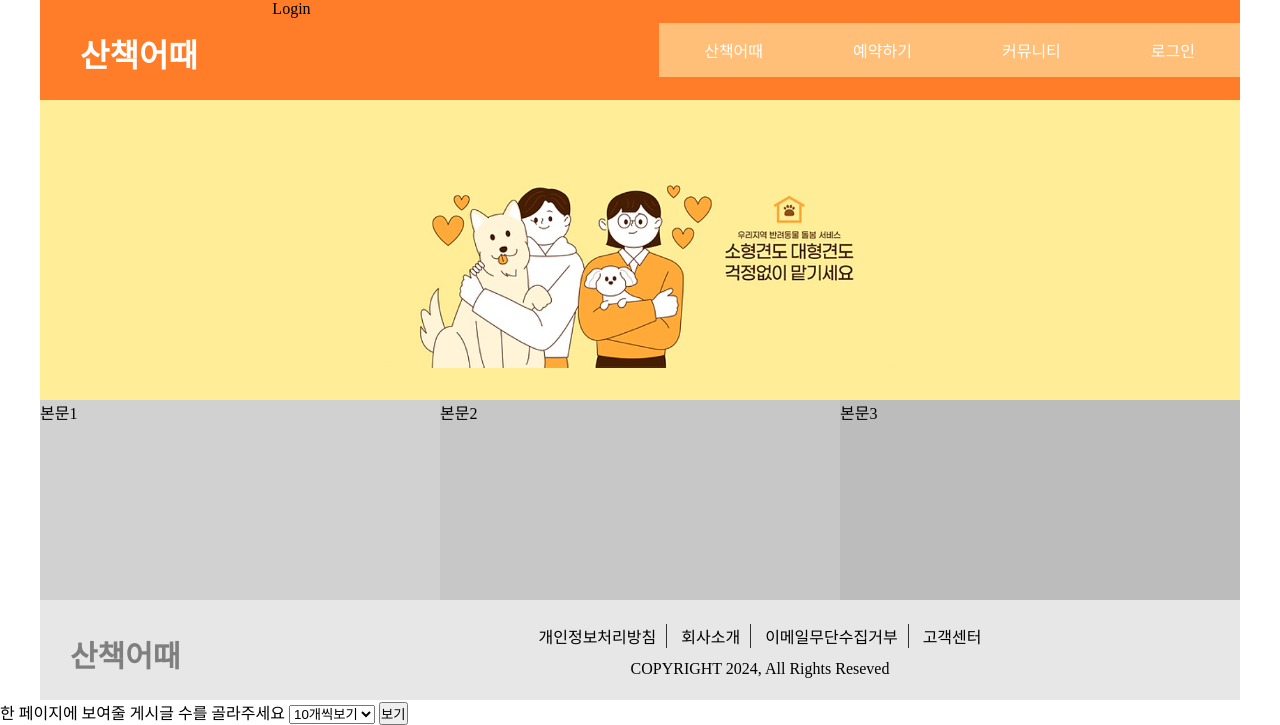
Repository: to-flatwhite1/portfolio
Page: http://localhost/JSP/
An editor plug-in stored every save of this project. The page is shown before and after the next save, followed by the edit.
The browser window is 1280 px wide. The pictures show the whole page.
The page is served by Tomcat 9. Other server files are loaded and not shown.

Above is the page before, as saved 2024-07-08 06:13:46.

### JSP/src/main/webapp/index.jsp
<%@ page language="java" contentType="text/html; charset=utf-8"
    pageEncoding="utf-8"%>
<!DOCTYPE html>
	<html>
	<head>
		<meta charset="utf-8">
		<title>산책어때</title>
		<link href="index.css" rel="stylesheet" type="text/css">
		<script src="jquery.min.js"></script>
		<script src="script.js"></script>
	</head>
	<body>
    <div id="wrap">
        <header id="header">
            <h1 class="logo">
                <a href="#">산책어때</a>
            </h1>
            <a href="login.jsp">Login</a>
            <nav class="nav">
                <ul>
                    <li><a href="#">산책어때</a>
                        <ul class="submenu">
                            <li><a href="introduce.jsp">산책어때 소개</a></li>
                        </ul>
                    </li>
                    <li><a href="#">예약하기</a>
                        <ul class="submenu">
                            <li><a href="#">산책하고싶은 강아지</a></li>
                            <li><a href="#">산책을 시키고 싶은 지원자</a></li>
                        </ul>
                    </li>
                    <li><a href="#">커뮤니티</a>
                        <ul class="submenu">
                            <li><a href="#">리뷰</a></li>
                            <li><a href="board.jsp">자유게시판</a></li>
                        </ul>
                     </li>
                    <li><a href="#">로그인</a>
                        <ul class="submenu">
                        	<li><a href="login.jsp">로그인</a></li>
                            <li><a href="register.jsp">회원가입</a></li>
                            <li><a href="mypage.jsp">마이페이지</a></li>
                        </ul>
                    </li>
                </ul>
            </nav>
        </header>
        <!-- header 끝 -->
		<div id="slide">
			<div class="slide_list">
				<ul>
					<li class="s1"><a href="#"></a></li>
					<li class="s2"><a href="#"></a></li>
				</ul>
			</div>
		</div>
        <div id="contents">
			<div class="content1">본문1</div>
			<div class="content2">본문2</div>
            <div class="content3">본문3</div>
        </div>
        <footer id="footer">
            <div class="footer1">
                <h4>산책어때</h4>
            </div>
            <div class="footer2">
                <div class="footer2-1">
                    <ul>
                        <li><a href="#">개인정보처리방침</a></li>
                        <li><a href="#">회사소개</a></li>
                        <li><a href="#">이메일무단수집거부</a></li>
                        <li><a href="#">고객센터</a></li>
                    </ul>
                </div>
                <div class="footer2-2">
                    COPYRIGHT 2024, All Rights Reseved
                </div>
            </div>
        </footer>
    </div>
    <!-- currentPage : 현재 보고있는 페이지번호 -->
		<!-- recordsPerPage : 한페이지 당 보여줄 게시글 수 -->
		<!-- limit n1, n2 -->
		<!-- 다음번에 시작되는 자료의 번호는 n1+n2+1 -->
		<!-- P1 : 1~10  (n1=0, n2=10)-->
		<!-- P2 : 11~20 (n1=10, n2=10)-->
		<!-- P3 : 21~30 (n1=20, n2=10)-->
		<form action="ReadPage" method="get">
			<input type="hidden" name="currentPage" value="1">
			한 페이지에 보여줄 게시글 수를 골라주세요
			<select name="recordsPerPage">
				<option value="5">5개씩보기</option>
				<option value="10" selected>10개씩보기</option>
				<option value="15">15개씩보기</option>
			</select>
			<input type="submit" value="보기">
		</form>
	</body>

</html>

### JSP/src/main/webapp/index.css
@charset "utf-8";
* {
    margin: 0;
    padding: 0;
    text-decoration: none;
}
a {
    text-decoration: none;
   	color: inherit;
}
a:visited { text-decoration: none; }
/*a:hover { text-decoration: none; }
a:focus { text-decoration: none; }
a:hover, a:active { text-decoration: none; }*/

a:link{

}

li {
    list-style: none;
}

/* wrap */
#wrap {
    width: 1200px;
    margin: 0 auto;
    position: relative;
}

/* header */
#header {
    width: 100%;
    display: flex;
    background-color: #FF7D29;
}
#header .logo {
    width: 20%;
    color: white;
    height: 100px;
}
#header .logo a {
    display: inline-block;

    padding: 30px 40px;
}
.nav {
    width: 80%;
    height: 100px;
    position: relative;
    z-index: 1000;
}
#header .nav > ul {
    display: flex;
    justify-content: right;
    align-items: center;
    height: 100%;
}
#header .nav > ul > li {
    position: relative;
}
#header .nav > ul > li > a {
    color: #fff;
    padding: 15px 45px;
    background-color: #FFBF78;	/*메뉴색*/
    display: block;
}
#header .nav > ul > li > a:hover {
    background-color: #FFDCA9;;
}
#header .nav > ul > li > ul {
    position: absolute;
    left: 0;
    background-color: #fff;
    width: 100%;
    text-align: center;
    display: none;
}
#header .nav > ul > li > ul > li > a {
    padding: 10px 20px;
    display: block;
}
#header .nav > ul > li > ul > li > a:hover {
    background-color: #FFBF78	;
}

.slide_list{height: 300px; background-color: #fc9; position: relative;overflow: hidden;}
.slide_list ul{position: absolute; top:0; left:0; height: 900px;}
.slide_list ul li{position:relative; width:1200px; height: 300px;}
.slide_list ul li a{ display: block; height: 100%;}
.s1{
	background: url(images/main.png) no-repeat center;
}
.s2{
	background: url(images/main2.png) no-repeat center;
}
#contents {
    width: 100%;
    display: flex;
}
#contents .content1 {
    width: 33.3333%;
    height: 200px;
    background-color: #d1d1d1;
}
#contents .content2 {
    width: 33.3333%;
    height: 200px;
    background-color: #c7c7c7;
}
#contents .content3 {
    width: 33.3333%;
    height: 200px;
    background-color: #bcbcbc;
}

#footer {
    width: 100%;
    display: flex;
    background-color: #e7e7e7;
}
#footer .footer1 {
    width: 20%;
    height: 100px;
}
#footer .footer1 h4 {
    font-size: 30px;
    color: #7f7f7f;
    padding: 32px 30px;
}
#footer .footer2 {
    width: 80%;
}
#footer .footer2 .footer2-1 {
    width: 100%;
    height: 50px;
    text-align: center;
}
#footer .footer2 .footer2-1 ul {
    padding-top: 24px;
}
#footer .footer2 .footer2-1 li {
    display: inline-block;
    border-right: 1px solid #333;
}
#footer .footer2 .footer2-1 li:last-child {
    border: 0;
}
#footer .footer2 .footer2-1 li a {
    padding: 10px;
}
#footer .footer2 .footer2-1 li a:hover {
    text-decoration: underline;
}
#footer .footer2 .footer2-2 {
    width: 100%;
    height: 50px;
    text-align: center;
    padding-top: 10px;
    box-sizing: border-box;
}

/* contents : banner */

### JSP/src/main/webapp/script.js
$(function(){


        // 메뉴 : 하나씩 나오기
        $(".nav > ul > li").mouseover(function(){
            $(this).find(".submenu").stop().slideDown(200);
        });
        $(".nav > ul > li").mouseout(function(){
            $(this).find(".submenu").stop().slideUp(200);
        });

       function slide(){
		   $(".slide_list ul").animate({top:-300},1000,function(){
			   $(".slide_list ul").append($(".slide_list ul li").first());
			   $(".slide_list ul").css({top:0});
		   });
	   }
	   setInterval(slide,3000);

    });

Loaded but not shown: JSP/src/main/webapp/jquery.min.js (library)

After the next save:
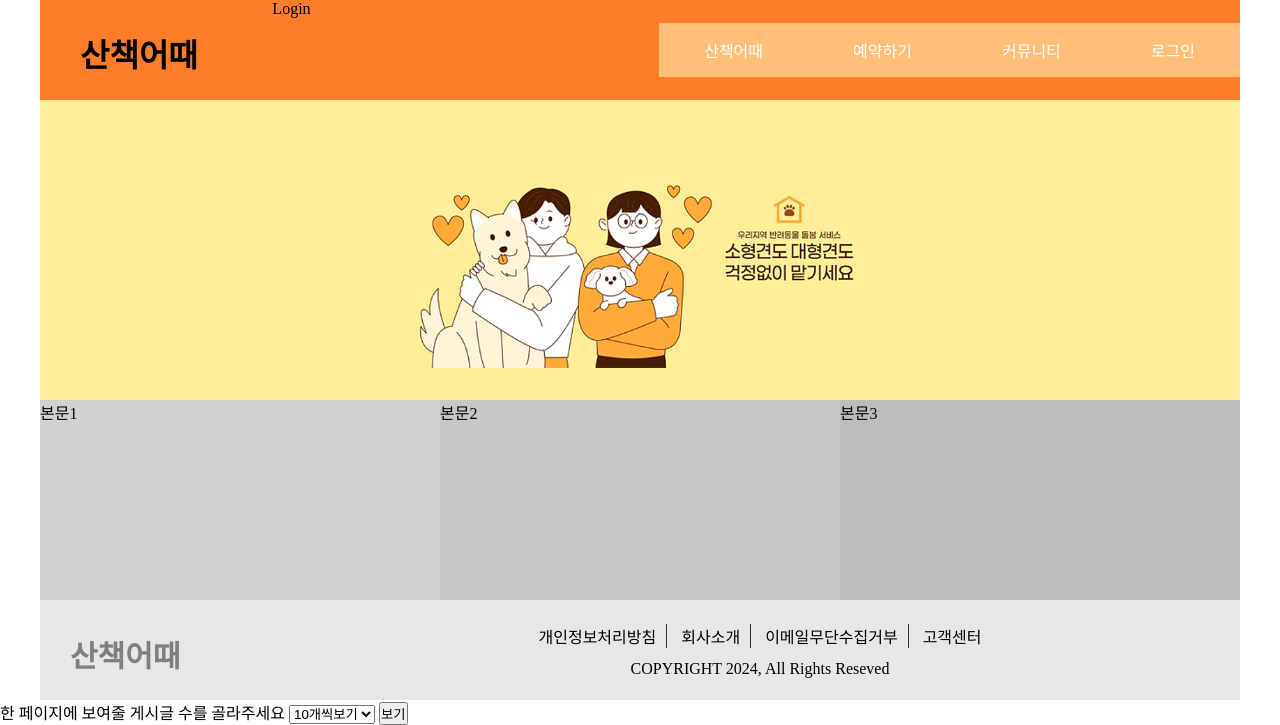
Saved 31 s later.
--- a/JSP/src/main/webapp/index.css
+++ b/JSP/src/main/webapp/index.css
@@ -6,7 +6,7 @@
 }
 a {
     text-decoration: none;
-   	color: inherit;
+   	color: black;
 }
 a:visited { text-decoration: none; }
 /*a:hover { text-decoration: none; }
